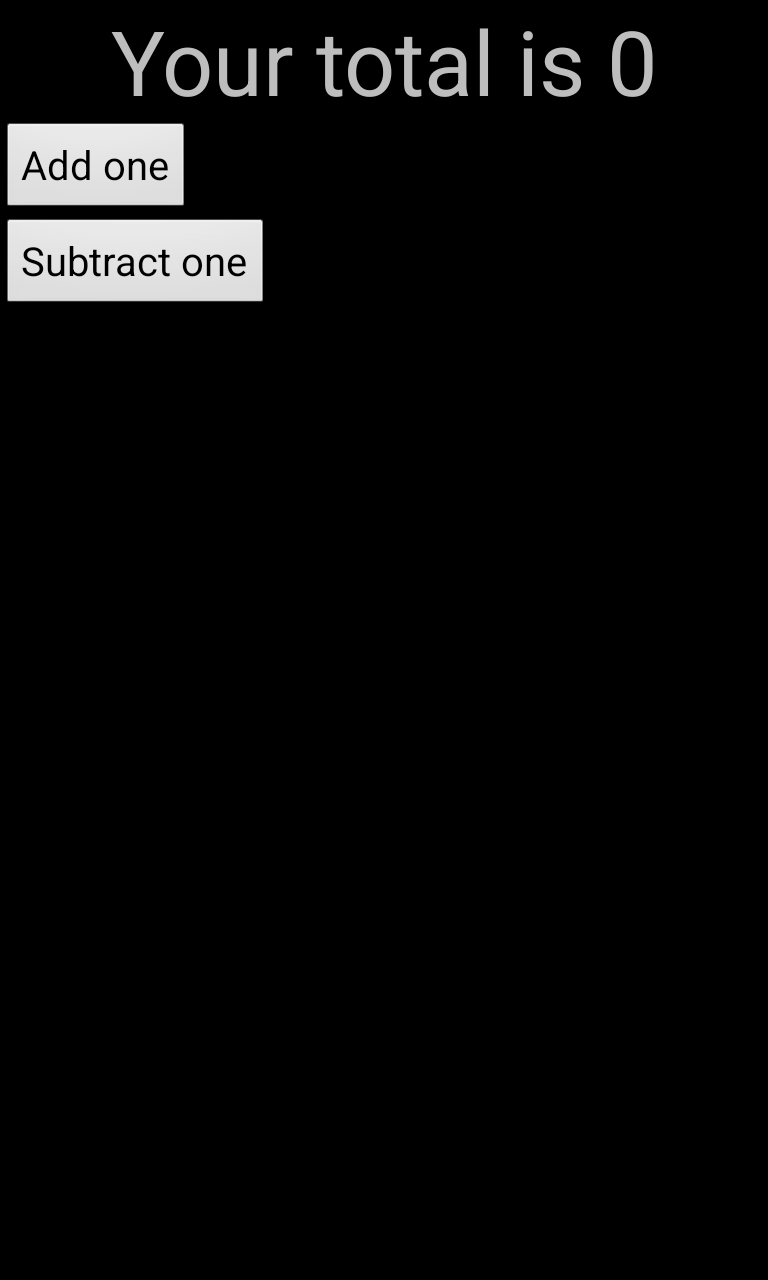
Repository: mattytemple/LearningAndroid
Layout: The New Boston/res/layout/main.xml
The author's editor kept a copy of each file at every save. The layout is drawn from the files as they stood at one save, then again after the next save.
It is drawn on a 768 x 1280 px phone screen (xhdpi) without system bars, with theme android:Theme; the app's code is not run.

Above is the layout before, as saved 2011-08-22 21:02:47.

### The New Boston/res/layout/main.xml
<?xml version="1.0" encoding="utf-8"?>
<LinearLayout xmlns:android="http://schemas.android.com/apk/res/android"
    android:orientation="vertical"
    android:layout_width="fill_parent"
    android:layout_height="fill_parent"
    >
<TextView
    android:layout_width="fill_parent"
    android:layout_height="wrap_content"
    android:text="Your total is 0"
    android:textSize="45dp"
    android:gravity="center"
    android:id="@+id/tvDisplay"
/>
<Button
	android:layout_width="wrap_content"
	android:layout_height="wrap_content"
	android:text="Add one"
	android:gravity="center"
	android:textSize="20dp"
	android:id="@+id/bAdd"
/>
<Button
	android:layout_width="wrap_content"
	android:layout_height="wrap_content"
	android:text="Subtract one"
	android:textSize="20dp"
	android:gravity="center"
	android:id="@+id/bSub"
/>
</LinearLayout>

After the next save:
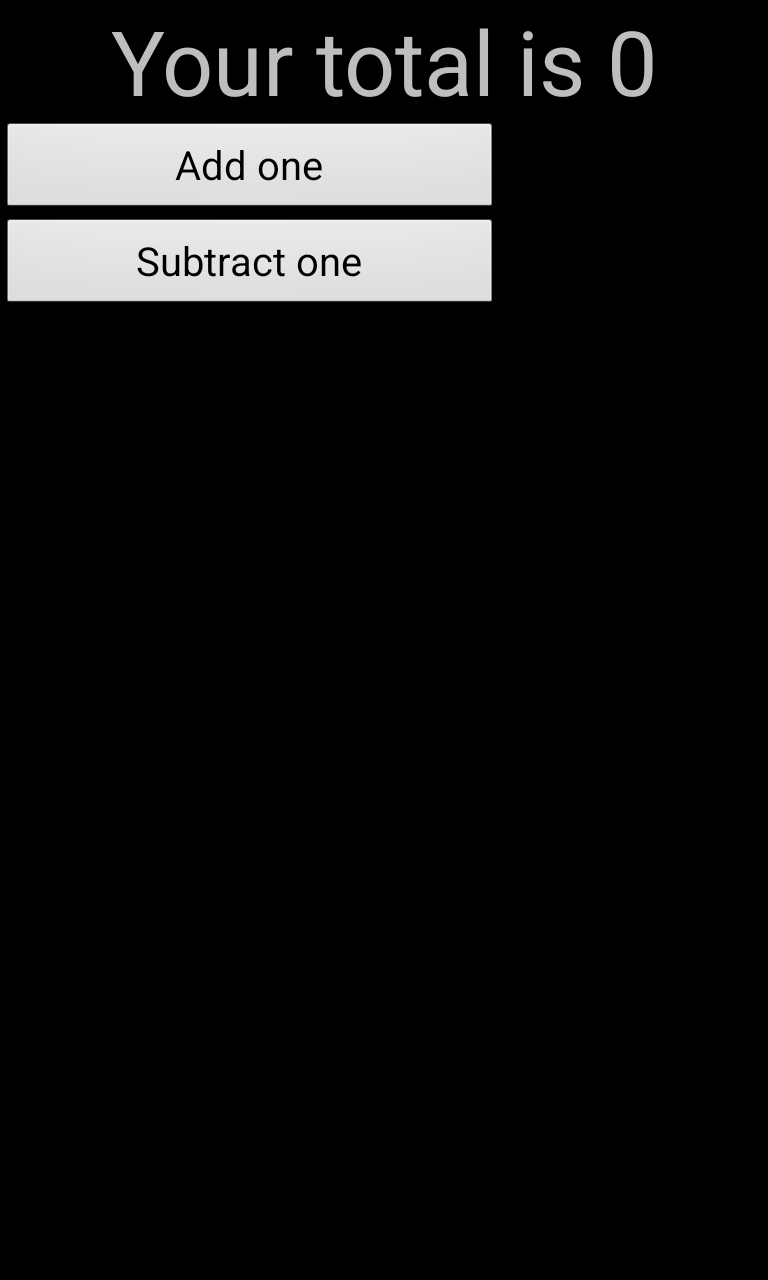
Saved 62 s later.
--- a/The New Boston/res/layout/main.xml
+++ b/The New Boston/res/layout/main.xml
@@ -13,7 +13,7 @@
     android:id="@+id/tvDisplay"
 />
 <Button
-	android:layout_width="wrap_content"
+	android:layout_width="250dp"
 	android:layout_height="wrap_content"
 	android:text="Add one"
 	android:gravity="center"
@@ -21,7 +21,7 @@
 	android:id="@+id/bAdd"
 />
 <Button
-	android:layout_width="wrap_content"
+	android:layout_width="250dp"
 	android:layout_height="wrap_content"
 	android:text="Subtract one"
 	android:textSize="20dp"
